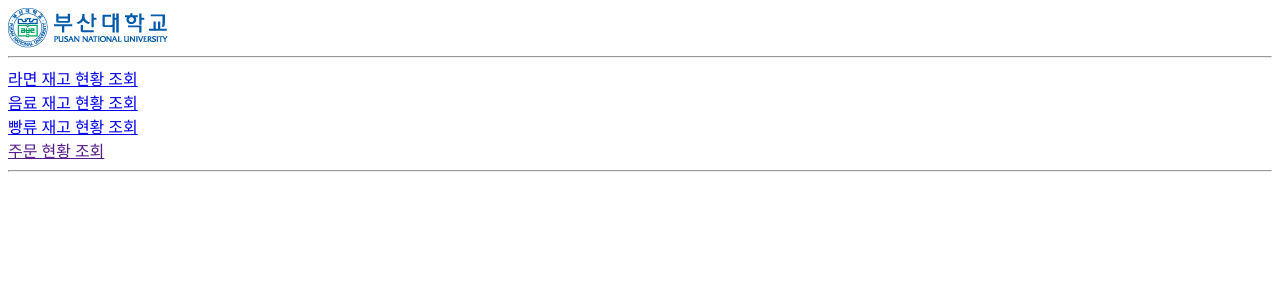
Repository: Gwangil/PCManager
Page: http://localhost/pcmanager.2.1.0/product/productInfo.jsp
An editor plug-in stored every save of this project. The page is shown before and after the next save, followed by the edit.
The browser window is 1280 px wide. The pictures show the whole page.
The page is served by Tomcat 9.

Above is the page before, as saved 2017-07-20 05:17:28.

### 04.Workspace/02.pcmanager_workspace_2.0.0/pcmanager.2.1.0/WebContent/product/productInfo.jsp
<%@ page language="java" contentType="text/html; charset=UTF-8"
    pageEncoding="UTF-8"%>
<!DOCTYPE html PUBLIC "-//W3C//DTD HTML 4.01 Transitional//EN" "http://www.w3.org/TR/html4/loose.dtd">
<html>
<head>
<meta http-equiv="Content-Type" content="text/html; charset=UTF-8">
<title>상품 목록 조회</title>
</head>
<body>
<!-- logo link -->
<a href="/pcm/index.jsp">
<img src="img/logo.gif" title="홈페이지 이동">
</a>
<hr>
<!-- category link -->
<a href="productInfoNoodle.jsp">라면 재고 현황 조회</a><br>
<a href="productInfoDrink.jsp">음료 재고 현황 조회</a><br>
<a href="productInfoBread.jsp">빵류 재고 현황 조회</a><br>
<a href="">주문 현황 조회</a>
<hr>


</body>
</html>

After the next save:
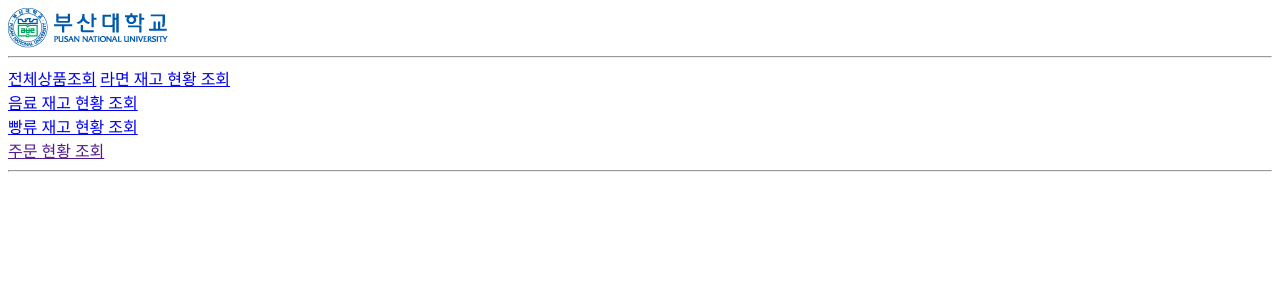
Saved 14 min 21 s later.
--- a/04.Workspace/02.pcmanager_workspace_2.0.0/pcmanager.2.1.0/WebContent/product/productInfo.jsp
+++ b/04.Workspace/02.pcmanager_workspace_2.0.0/pcmanager.2.1.0/WebContent/product/productInfo.jsp
@@ -13,6 +13,7 @@
 </a>
 <hr>
 <!-- category link -->
+<a href="/pcm/pcontroller?action=getProductAll">전체상품조회</a>
 <a href="productInfoNoodle.jsp">라면 재고 현황 조회</a><br>
 <a href="productInfoDrink.jsp">음료 재고 현황 조회</a><br>
 <a href="productInfoBread.jsp">빵류 재고 현황 조회</a><br>
